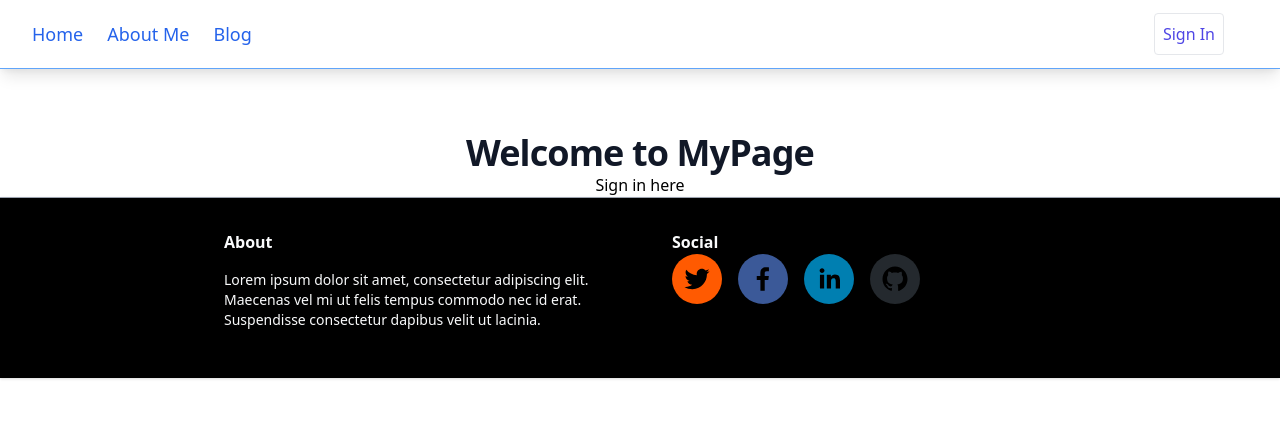
Repository: rushilramesh/portfolio-page
Page: /
These files come from the project's save history. The page is drawn as it stood at one moment and after the next save; the edit follows.
The browser window is 1280 px wide. The pictures show the whole page.
The project was rebuilt for these pictures with package versions that can differ from the ones it lists, and the page was loaded fresh each time. The framework's server and built-in components were replaced by stand-ins that run in the browser. Also part of the build but not shown: next.config.js.

Above is the page before, as saved 2021-05-21 02:27:57.

### pages/_app.tsx
import '../styles/globals.css'


function MyApp({ Component, pageProps }) {
  let loggedIn: boolean = false;

  return (

    <Component {...pageProps} />

  )

}

export default MyApp

### pages/index.tsx
import Head from 'next/head'
import Image from 'next/image'
import Link from 'next/link'
import Layout from '../components/Layout'
import utilStyles from '../styles/utils.module.css'

export default function Home() {
  return (
    <Layout>
      <Head>
        <title>Personal Portfolio</title>
      </Head>
      <div className="container mx-auto mt-16 text-center bg-white border-gray-100" >

        <h1 className="text-4xl tracking-tight font-extrabold text-gray-900">Welcome to MyPage</h1>
        <Link href='/login'>
          <a className="mt-4">Sign in here</a>
        </Link>
      </div>
    </Layout>

  )
}

### components/Layout.tsx
import Nav from './Nav'
import Footer from './Footer'
import utilStyles from '../styles/utils.module.css'
import Link from 'next/link'
import { SocialIcon } from 'react-social-icons';

const Layout = ({children, loggedIn} : {children: React.ReactNode, loggedIn?: boolean}) => {
    return (
        <div className="flex flex-col width-screen height-screen">
        <Nav />
        <div className="container mx-auto text-center">
            <main>{children}</main>
        </div>
        <footer className="bg-black border-t border-gray-400 shadow mb-16 text-gray-50">
            <div className="container max-w-4xl mx-auto flex py-8 space-y-4ß">
                <div className="flex w-full md:w-1/2 ">
                    <div className="px-8">
                        <h3 className="font-bold text-gray-50">About</h3>
                        <p className="py-4 text-gray-50 text-sm">
                            Lorem ipsum dolor sit amet, consectetur adipiscing elit. Maecenas vel mi ut felis tempus commodo nec id erat. Suspendisse consectetur dapibus velit ut lacinia.
                        </p>
                    </div>
				</div>

                <div className="flex w-full md:w-1/2 ">
					<div className="px-8">
						<h3 className="font-bold text-gray-50">Social</h3>
						<div className="container inline-flex space-x-4">
                            <SocialIcon network="twitter" bgColor="#ff5a01" />
                            <SocialIcon network="facebook" />
                            <SocialIcon network="linkedin" />
                            <SocialIcon network="github" />
                        </div>
					</div>
				</div>
            </div>
        </footer>
        </div>
    )
}

export default Layout;

### components/Nav.tsx
/* This example requires Tailwind CSS v2.0+ */
import Link from 'next/link'

const navs = [
   {name: 'Home', href: '/'},
   {name: 'About Me', href: './about'},
   {name: 'Blog', href: './blog'}
]


export default function Nav({loggedIn} : {loggedIn?: boolean}) {

  return (
    <nav id="header" className="w-full z-30 top-10 py-1 bg-white shadow-lg border-b border-blue-400 mt-15">
      <div className="w-full flex items-center justify-between mt-0 px-6 py-2">
       <label  className="cursor-pointer md:hidden block">
          <svg className="fill-current text-blue-600" xmlns="http://www.w3.org/2000/svg" width="20" height="20" viewBox="0 0 20 20">
             <title>menu</title>
             <path d="M0 3h20v2H0V3zm0 6h20v2H0V9zm0 6h20v2H0v-2z"></path>
          </svg>
       </label>
       <input className="hidden" type="checkbox" id="menu-toggle"/>

       <div className="hidden md:flex md:items-center md:w-auto w-full order-3 md:order-1" id="menu">
          <nav>
             <ul className="md:flex items-center justify-between text-base text-blue-600 pt-4 md:pt-0">
                {navs.map((item) => (
                <li key={item.name} >
                  <Link href={item.href}>
                     <a className="inline-block no-underline hover:text-black font-medium text-lg py-2 px-4 lg:-ml-2" >{item.name}</a>
                  </Link>
                </li>))}
             </ul>
          </nav>
       </div>

       <div className="order-2 md:order-3 flex flex-wrap items-center justify-end mr-0 md:mr-4" id="nav-content">
          <div className="auth flex items-center w-full md:w-full">
             <button className="bg-white text-indigo-600  p-2 rounded border mr-4 hover:bg-gray-100 hover:text-indigo-700">
               { !loggedIn ? (
                  <Link href="./login">
                     <a>Sign In</a>
                  </Link>) : (
                     <Link href="/">
                        <a>Sign Out</a>
                     </Link>
                  )
               }
             </button>
          </div>
       </div>
      </div>
    </nav>
  )
}

### tailwind.config.js
module.exports = {

  purge: ['./pages/**/*.{js,ts,jsx,tsx}', './components/**/*.{js,ts,jsx,tsx}'],
  darkMode: false, // or 'media' or 'class'
  theme: {
    extend: {
      backgroundImage: theme => ({
        'main-background': "url('/images/background-photo.jpeg')",
      })
    },
  },
  variants: {
    extend: {
      justifyItems: ['hover', 'focus'],
    },
  },
  plugins: [],
}

Loaded but not shown: styles/globals.css (common file)

After the next save:
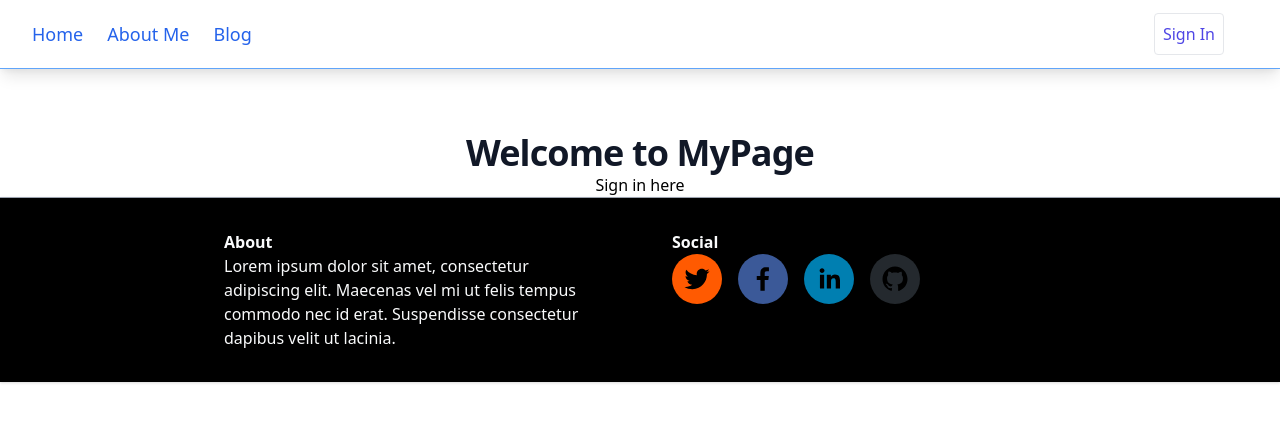
Saved 6 s later.
--- a/components/Layout.tsx
+++ b/components/Layout.tsx
@@ -16,7 +16,7 @@
                 <div className="flex w-full md:w-1/2 ">
                     <div className="px-8">
                         <h3 className="font-bold text-gray-50">About</h3>
-                        <p className="py-4 text-gray-50 text-sm">
+                        <p className="py-4text-sm">
                             Lorem ipsum dolor sit amet, consectetur adipiscing elit. Maecenas vel mi ut felis tempus commodo nec id erat. Suspendisse consectetur dapibus velit ut lacinia.
                         </p>
                     </div>

After the save that followed:
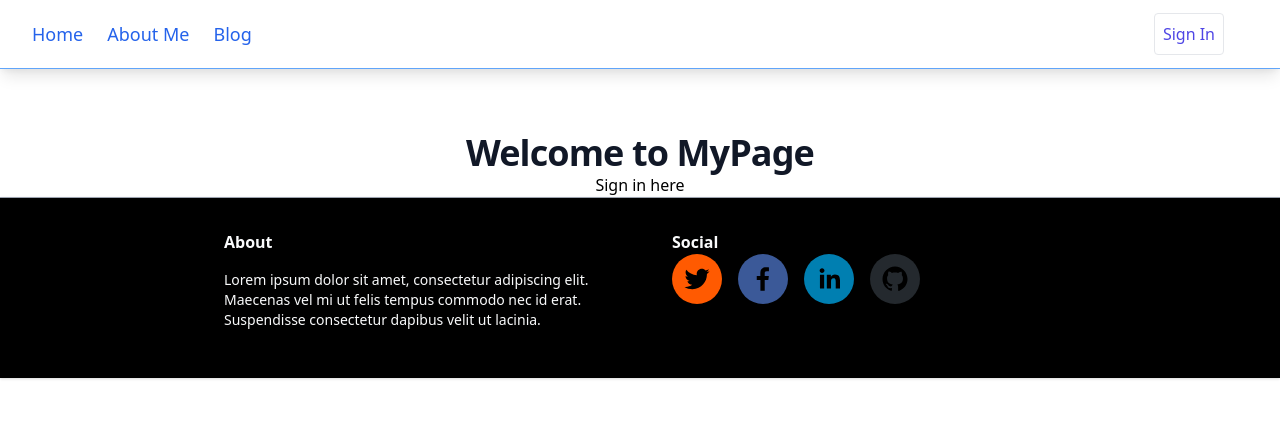
Saved 7 s later.
--- a/components/Layout.tsx
+++ b/components/Layout.tsx
@@ -16,7 +16,7 @@
                 <div className="flex w-full md:w-1/2 ">
                     <div className="px-8">
                         <h3 className="font-bold text-gray-50">About</h3>
-                        <p className="py-4text-sm">
+                        <p className="py-4 text-gray-50 text-sm">
                             Lorem ipsum dolor sit amet, consectetur adipiscing elit. Maecenas vel mi ut felis tempus commodo nec id erat. Suspendisse consectetur dapibus velit ut lacinia.
                         </p>
                     </div>
